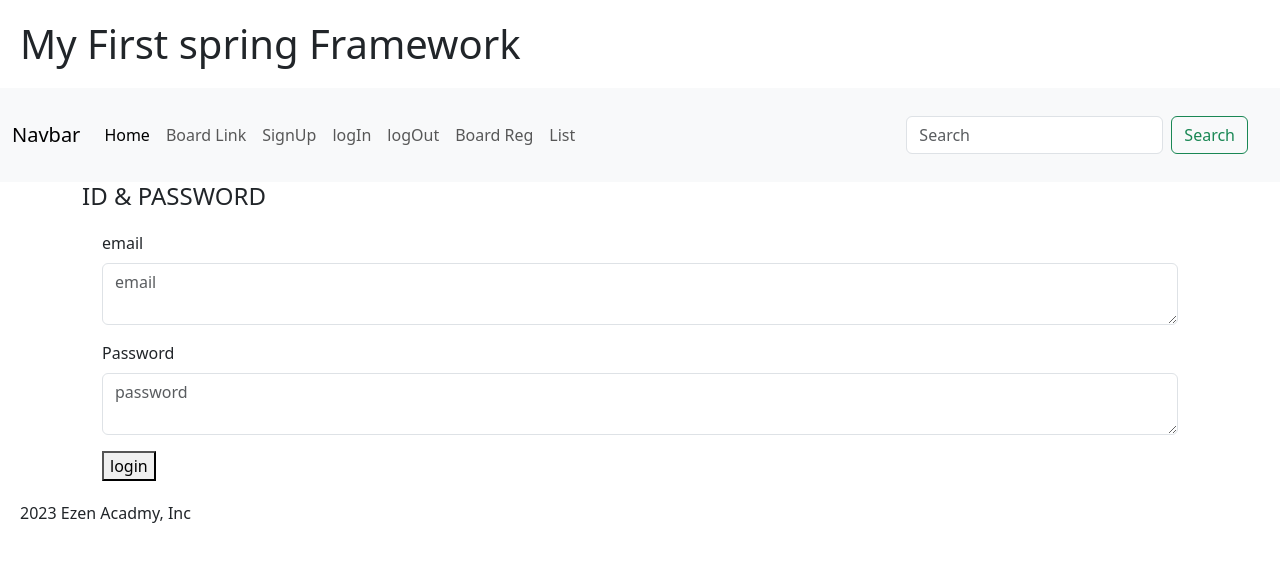
Repository: fbsrb458/link
Page: http://localhost/springProject/WEB-INF/views/member/login.jsp
The author's editor kept a copy of each file at every save. The page is drawn from the files as they stood at one save, then again after the next save.
The browser window is 1280 px wide. The pictures show the whole page.
The page is served by Tomcat 9. Nobody is signed in. Other server files are loaded and not shown. The template is opened directly, without the code that normally fills it, so the values that code supplies are empty.

Above is the page before, as saved 2023-10-27 12:18:32.

### springProject/src/main/webapp/WEB-INF/views/member/login.jsp
<%@ page language="java" contentType="text/html; charset=UTF-8"
    pageEncoding="UTF-8"%>
<!DOCTYPE html>
<html>
<head>
<meta charset="UTF-8">
<title>Insert title here</title>
<link href="https://cdn.jsdelivr.net/npm/bootstrap@5.3.1/dist/css/bootstrap.min.css" rel="stylesheet" integrity="sha384-4bw+/aepP/YC94hEpVNVgiZdgIC5+VKNBQNGCHeKRQN+PtmoHDEXuppvnDJzQIu9" crossorigin="anonymous">
<script src="https://cdn.jsdelivr.net/npm/bootstrap@5.3.1/dist/js/bootstrap.bundle.min.js" integrity="sha384-HwwvtgBNo3bZJJLYd8oVXjrBZt8cqVSpeBNS5n7C8IVInixGAoxmnlMuBnhbgrkm" crossorigin="anonymous"></script>
</head>
<body>
<jsp:include page="../common/header.jsp" />
<jsp:include page="../common/nav.jsp" />
<div class="container">
<h4 class="mb-3">	ID & PASSWORD	</h4>
<form action="/member/login" method="post" >
		<div class="mb-3">
		  <label for="e" class="form-label">email</label>
		  <textarea type="text" class="form-control" name="email" id="e" placeholder="email"></textarea>
		</div>
		<div class="mb-3">
		  <label for="p" class="form-label">Password</label>
		  <textarea type="password" class="form-control" name="pwd" id="p" placeholder="password"></textarea>
		</div>

		<button type="submit">login</button>
</form>
</div>



</body>
<jsp:include page="../common/footer.jsp" />
</html>

### springProject/src/main/webapp/WEB-INF/views/common/header.jsp
<%@ page language="java" contentType="text/html; charset=UTF-8"
    pageEncoding="UTF-8"%>
    <%@ taglib uri="http://java.sun.com/jsp/jstl/core" prefix="c" %>
<!DOCTYPE html>
<html>
<head>

<meta charset="UTF-8">
<title>Insert title here</title>
<style type="text/css">
h1,p,h3,form{
margin: 20px
}</style>
</head>
<body>


<h1>My First spring Framework</h1>



</body>
</html>

### springProject/src/main/webapp/WEB-INF/views/common/nav.jsp
<%@ page language="java" contentType="text/html; charset=UTF-8"
    pageEncoding="UTF-8"%>
    <%@ taglib uri="http://java.sun.com/jsp/jstl/core" prefix="c" %>
<!DOCTYPE html>
<html>
<head>
<meta charset="UTF-8">
<title>Insert title here</title>
</head>
<body>
<header>
<nav class="navbar navbar-expand-lg bg-body-tertiary">
  <div class="container-fluid">
    <a class="navbar-brand" href="#">Navbar</a>
    <button class="navbar-toggler" type="button" data-bs-toggle="collapse" data-bs-target="#navbarSupportedContent" aria-controls="navbarSupportedContent" aria-expanded="false" aria-label="Toggle navigation">
      <span class="navbar-toggler-icon"></span>
    </button>
    <div class="collapse navbar-collapse" id="navbarSupportedContent">
      <ul class="navbar-nav me-auto mb-2 mb-lg-0">
        <li class="nav-item">
          <a class="nav-link active" aria-current="page" href="#">Home</a>
        </li>

        <li class="nav-item">
          <a class="nav-link" href="#">Board Link</a>
        </li>

         <li class="nav-item">
          <a class="nav-link" href="/member/register">SignUp</a>
        </li>

        <li class="nav-item">
          <a class="nav-link" href="/member/login">logIn</a>
        </li>

        <li class="nav-item">
          <a class="nav-link" href="/member/logout">logOut</a>
        </li>


  		  <li class="nav-item">
          <a class="nav-link" href="/board/register">Board Reg</a>
        </li>

         <li class="nav-item">
          <a class="nav-link" href="/board/list">List</a>
        </li>


      </ul>
      <form class="d-flex" role="search">
        <input class="form-control me-2" type="search" placeholder="Search" aria-label="Search">
        <button class="btn btn-outline-success" type="submit">Search</button>
      </form>
    </div>
  </div>
</nav>
</header>
</body>
</html>

### springProject/src/main/webapp/WEB-INF/views/common/footer.jsp
<%@ page language="java" contentType="text/html; charset=UTF-8"
    pageEncoding="UTF-8"%>
    <%@ taglib uri="http://java.sun.com/jsp/jstl/core" prefix="c" %>
<!DOCTYPE html>
<html>
<head>

<meta charset="UTF-8">
<title>Insert title here</title>
</head>
<body>
<div>

	<p>2023 Ezen Acadmy, Inc</p>
</div>
</body>
</html>

After the next save:
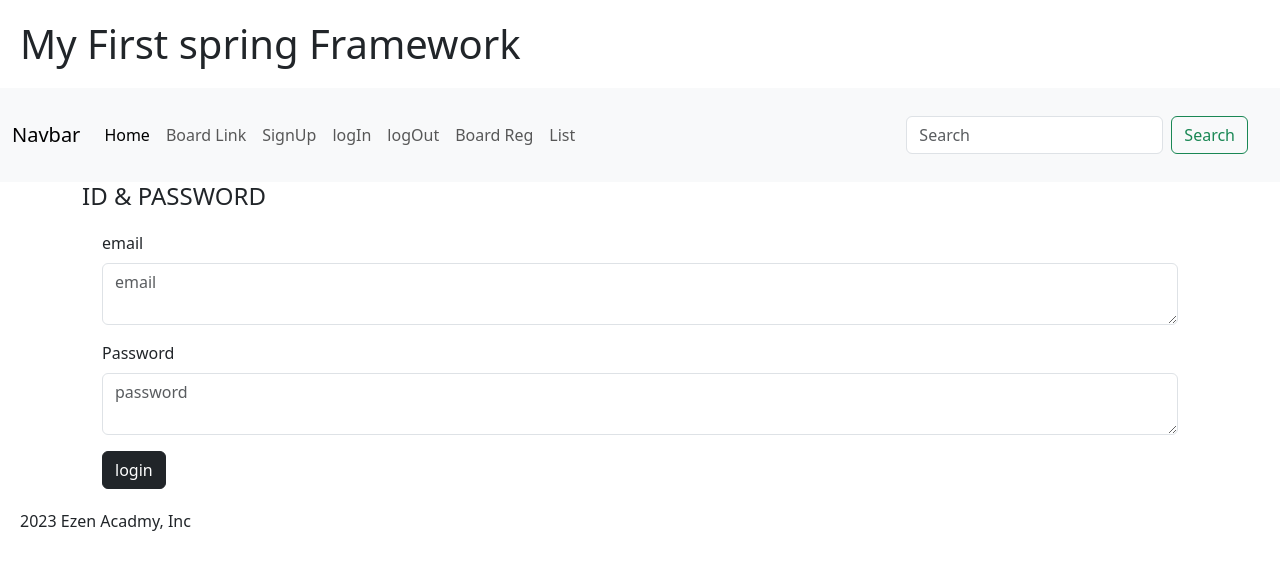
Saved 51 s later.
--- a/springProject/src/main/webapp/WEB-INF/views/member/login.jsp
+++ b/springProject/src/main/webapp/WEB-INF/views/member/login.jsp
@@ -23,7 +23,7 @@
 		  <textarea type="password" class="form-control" name="pwd" id="p" placeholder="password"></textarea>
 		</div>
 
-		<button type="submit">login</button>
+		<button type="submit" class="btn btn-dark" id="regBtn">login</button>
 </form>
 </div>
 
